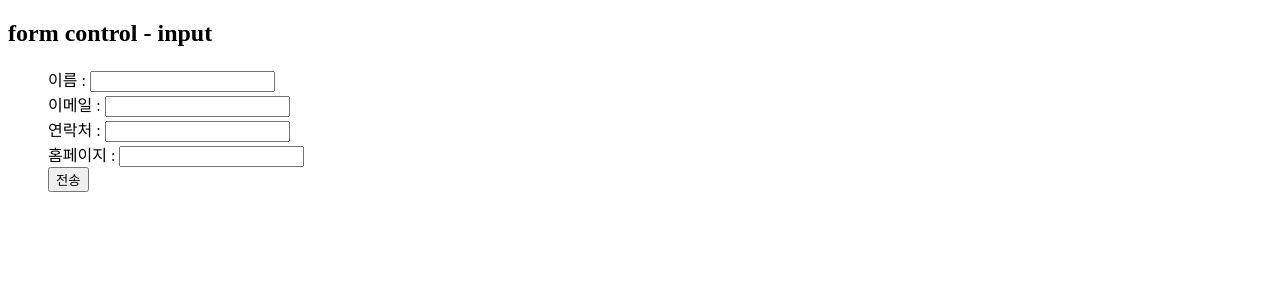
Repository: kjungyoun/Web_Study_2021
Page: web_front/WebContent/chap3/3-21.html
These files come from the project's save history. The page is drawn as it stood at one moment and after the next save; the edit follows.
The browser window is 1280 px wide. The pictures show the whole page.

Above is the page before, as saved 2021-03-02 04:33:31.

After the next save:
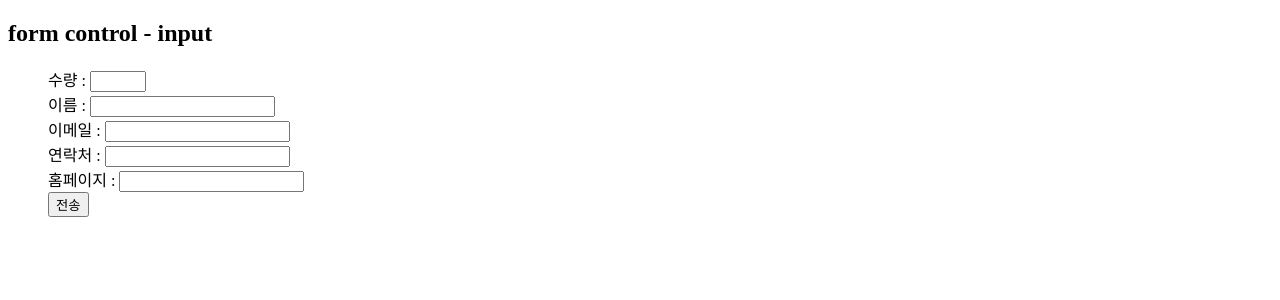
Saved 3 min 33 s later.
--- a/web_front/WebContent/chap3/3-21.html
+++ b/web_front/WebContent/chap3/3-21.html
@@ -9,6 +9,10 @@
 	<h2>form control - input</h2>
 	<form>
 	<ul type="none">
+		<li>
+			<label for="quantity">수량 : </label>
+			<input type="number" id="quantity" name="quantity" min="1" max="20">
+		</li>
 		<li>
 			<label for="name">이름 : </label>
 			<input type="search" id="name" name="name">
